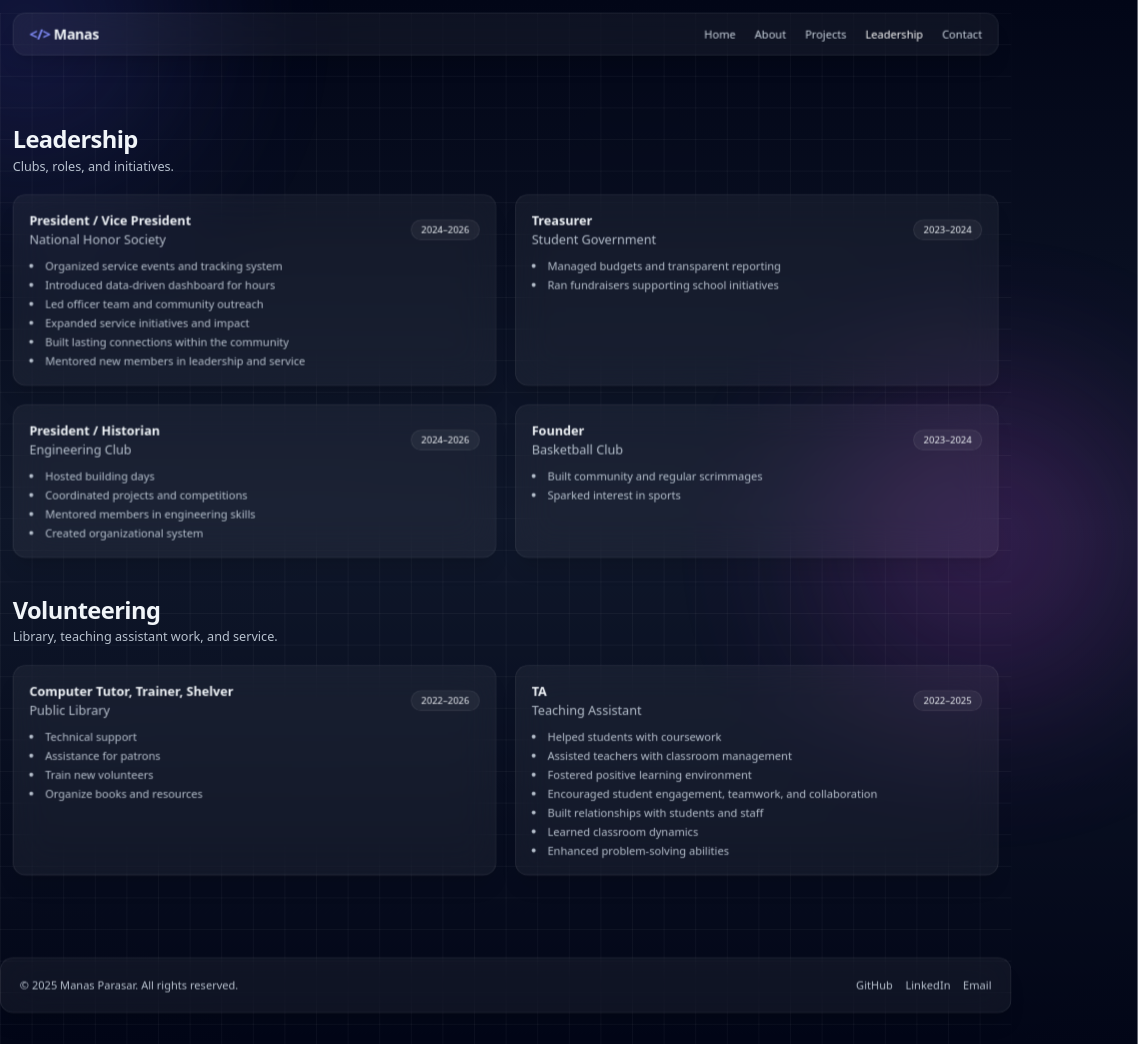
Repository: Manas-Parasar/portfolio-manas-parasar
Page: /leadership
The author's editor kept a copy of each file at every save. The page is drawn from the files as they stood at one save, then again after the next save.
The browser window is 1280 px wide. The page is 1440 px wide, so the pictures cover 1440 px, including what lies to the right of the window. The pictures show the whole page, at 79% of full size.
The project was rebuilt for these pictures with package versions that can differ from the ones it lists, and the page was loaded fresh each time. Also part of the build but not shown: vite.config.js, src/components/Hero.jsx, src/components/ProjectCard.jsx, src/pages/Home.jsx, src/pages/About.jsx, src/pages/Projects.jsx, src/pages/Contact.jsx.

Above is the page before, as saved 2025-08-20 09:38:23.

After the next save:
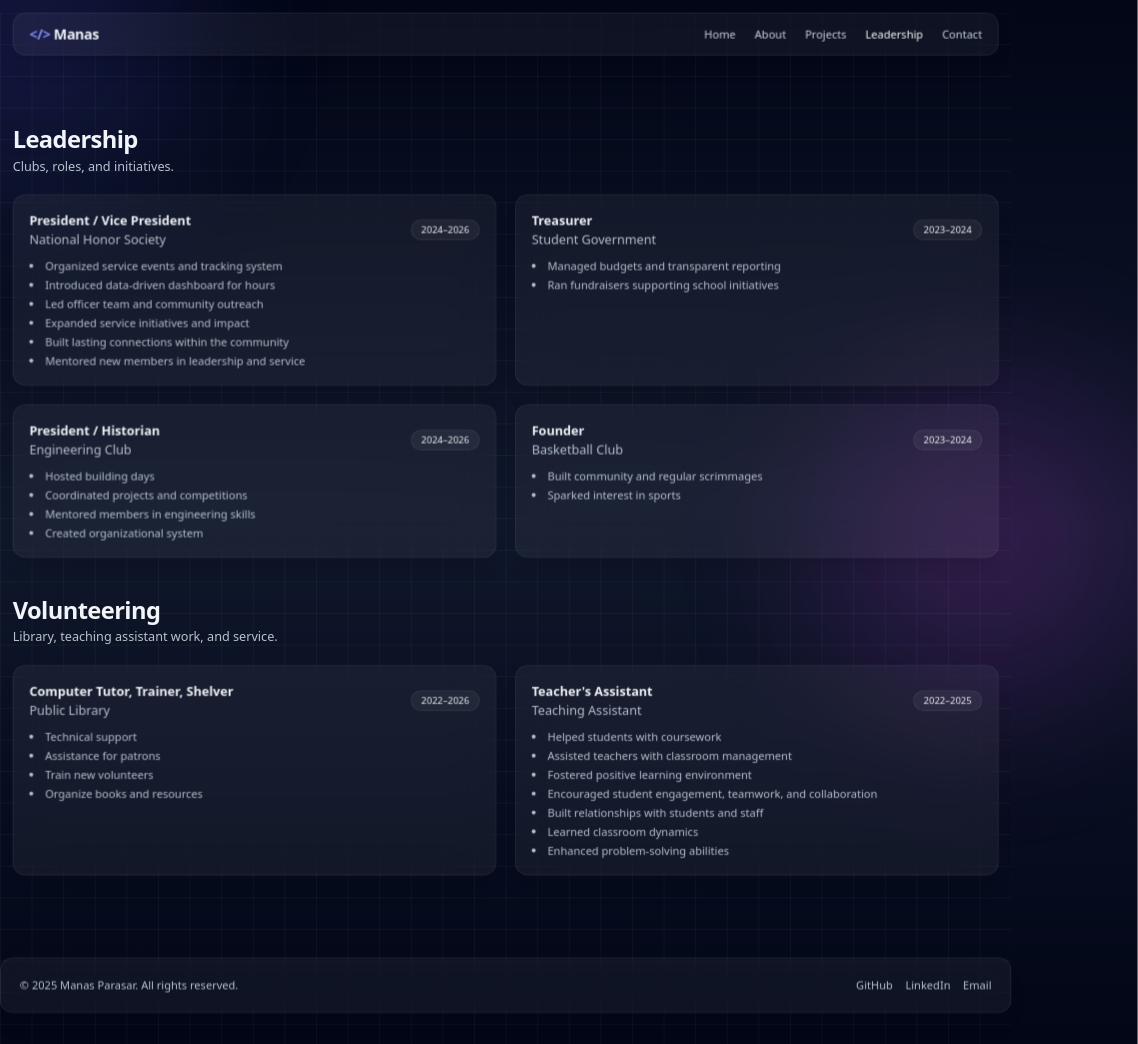
Saved 12 s later.
--- a/src/pages/Leadership.jsx
+++ b/src/pages/Leadership.jsx
@@ -69,7 +69,7 @@ export default function Leadership() {
           />
           <TimelineItem
             org="Teaching Assistant"
-            role="TA"
+            role="Teacher's Assistant"
             period="2022–2025"
             points={[
               "Helped students with coursework",
